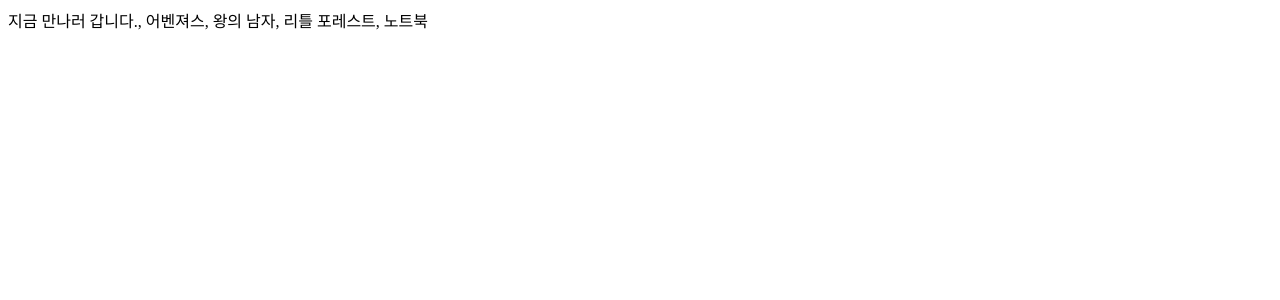
Repository: eunjihannn/jsp
Page: http://localhost/web02/ex02_movieList.jsp
These files come from the project's save history. The page is drawn as it stood at one moment and after the next save; the edit follows.
The browser window is 1280 px wide. The pictures show the whole page.
The page is served by Tomcat 9.

Above is the page before, as saved 2020-10-13 13:11:24.

### web02/WebContent/ex02_movieList.jsp
<%@ page language="java" contentType="text/html; charset=UTF-8"
    pageEncoding="UTF-8"%>
<%@ taglib prefix="c" uri="http://java.sun.com/jsp/jstl/core" %>
<!DOCTYPE html>
<html>
<head>
<meta charset="UTF-8">
<title>Insert title here</title>
</head>
<body>
<%
	String[] movieList = {"지금 만나러 갑니다.","어벤져스","왕의 남자","리틀 포레스트","노트북"};
	pageContext.setAttribute("movieList",movieList);
%>
<c:forEach 	var="movieTitle" items="${movieList}" varStatus="status">
	${movieTitle}<c:if test="${not status.last}">,</c:if>
</c:forEach>

</body>
</html>

After the next save:
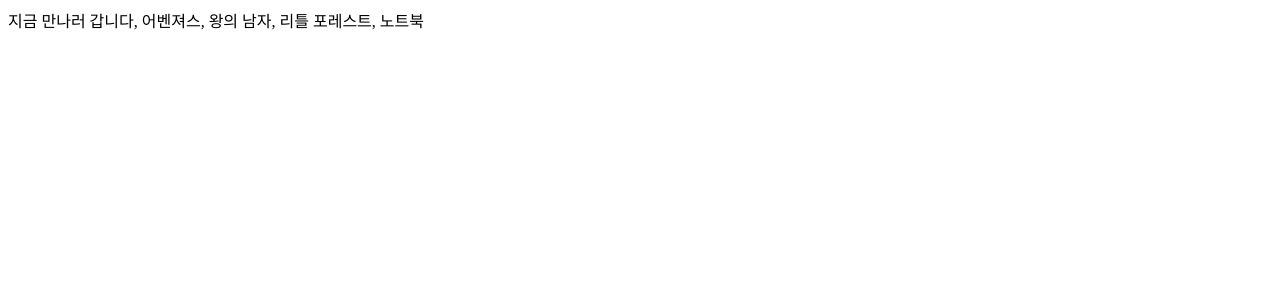
Saved 23 s later.
--- a/web02/WebContent/ex02_movieList.jsp
+++ b/web02/WebContent/ex02_movieList.jsp
@@ -9,7 +9,7 @@
 </head>
 <body>
 <%
-	String[] movieList = {"지금 만나러 갑니다.","어벤져스","왕의 남자","리틀 포레스트","노트북"};
+	String[] movieList = {"지금 만나러 갑니다","어벤져스","왕의 남자","리틀 포레스트","노트북"};
 	pageContext.setAttribute("movieList",movieList);
 %>
 <c:forEach 	var="movieTitle" items="${movieList}" varStatus="status">
